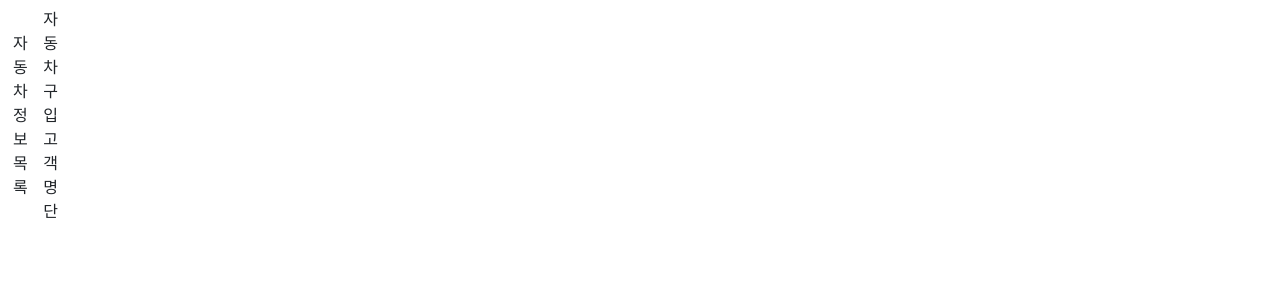
Repository: ssung2sin/sist0615_spring
Page: http://localhost/SpringMysql6/
The author's editor kept a copy of each file at every save. The page is drawn from the files as they stood at one save, then again after the next save.
The browser window is 1280 px wide. The pictures show the whole page.
Some web fonts or font styles are not loaded; a fallback is used. The page is served by Tomcat 9. Nobody is signed in. The application's start-up code is not run.

Above is the page before, as saved 2023-10-12 01:07:48.

After the next save:
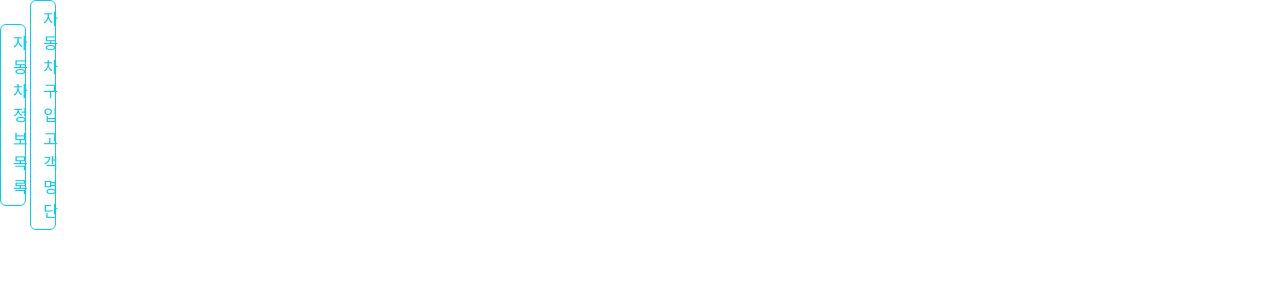
Saved 65 s later.
--- a/SpringMysql6/src/main/webapp/index.jsp
+++ b/SpringMysql6/src/main/webapp/index.jsp
@@ -13,9 +13,9 @@
 </head>
 <body>
 <%-- <c:redirect url="kakao/list"/> --%>
-<button type="button" class="btn btn-ouline-info"
+<button type="button" class="btn btn-outline-info"
 style="width: 10px;" onclick="location.href='kakao/list'">자동차 정보목록</button>
-<button type="button" class="btn btn-ouline-info"
+<button type="button" class="btn btn-outline-info"
 style="width: 10px;" onclick="location.href='member/list'">자동차 구입고객 명단</button>
 </body>
 </html>
